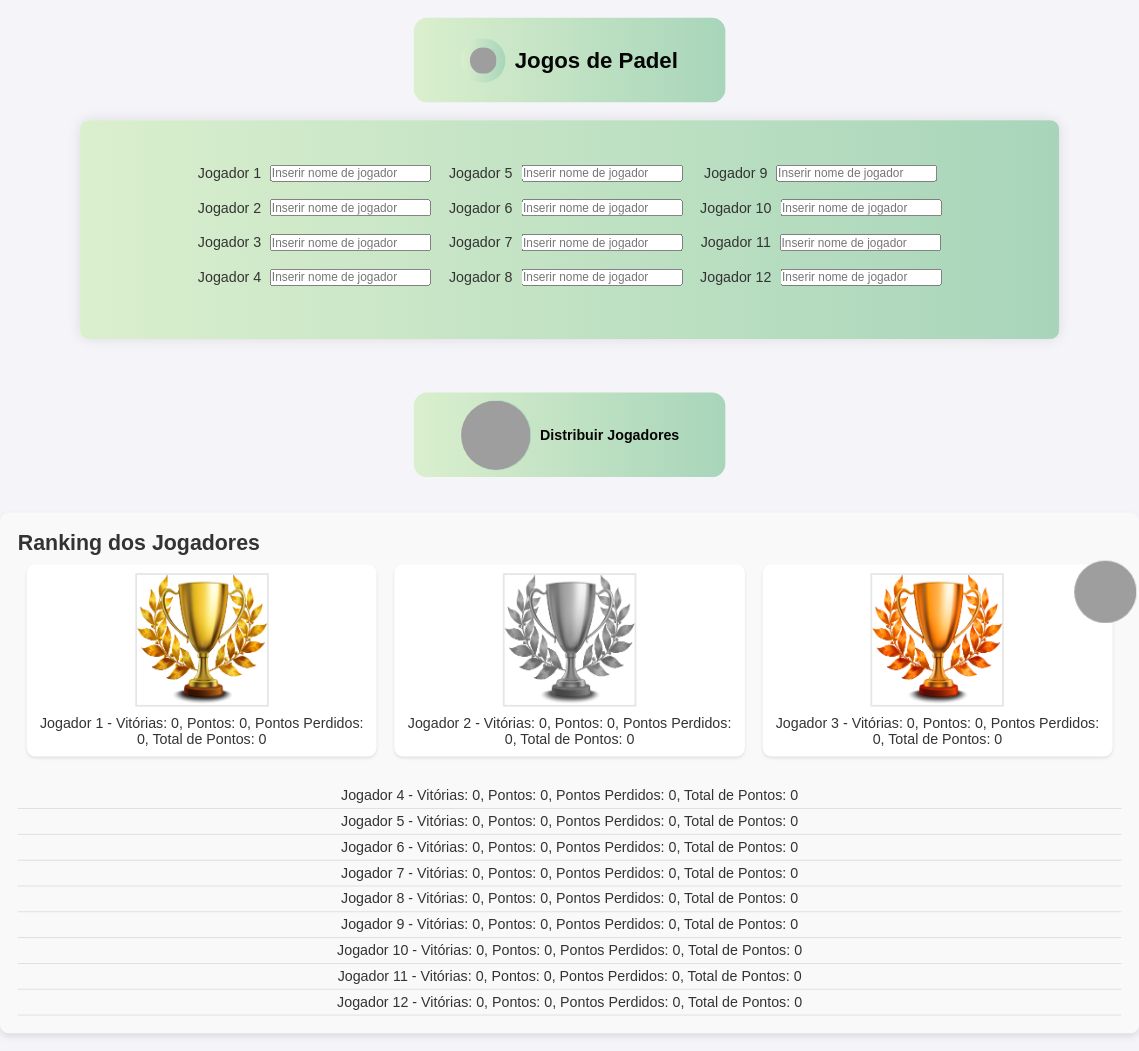
Repository: MarcioMiguel22/PadelMaster
Page: /calculadora
These files come from the project's save history. The page is drawn as it stood at one moment and after the next save; the edit follows.
The browser window is 1280 px wide. The pictures show the whole page, at 89% of full size.
Pictures or frames that could not be fetched are drawn as grey boxes. The project was rebuilt for these pictures with package versions that can differ from the ones it lists, and the page was loaded fresh each time. Also part of the build but not shown: vite.config.ts, src/pages/Home/Home.tsx, src/components/components_calculadora/TrocarJogadoresButton.module.css, src/components/components_calculadora/TrocarJogadoresButton.tsx, src/components/components_calculadora/Campo.tsx, src/components/components_calculadora/Jogo.tsx, src/components/components_calculadora/ExportButton.module.css, src/components/components_calculadora/ExportButton.tsx and 5 more.

Above is the page before, as saved 2024-06-21 23:46:34.

### src/main.tsx
///home/marciomiguel/code/MarcioMiguel22/Sites/PadelMaster/src/main.tsx
import { render } from 'react-dom';
import { StrictMode } from 'react';
import App from './App';
import './index.css';

const root = document.getElementById('root')!;
render(
  <StrictMode>
    <App />
  </StrictMode>,
  root
);

### src/App.tsx

///home/marciomiguel/code/MarcioMiguel22/Sites/PadelMaster/src/App.tsx

import { BrowserRouter, Routes, Route } from 'react-router-dom';
import Home from './pages/Home/Home';
import Calculadora from './pages/Calculadora/Calculadora';
import PlayerComponent from './pages/Player/playerComponent';
function App() {
  return (
    <BrowserRouter>
      <Routes>
        <Route path="/" element={<Home />} />
        <Route path="/calculadora" element={<Calculadora />} /> // Wrap Calculadora component with curly braces
        <Route path="/player-component" element={<PlayerComponent />} />
      </Routes>
    </BrowserRouter>
  );
}

export default App

### src/pages/Home/Home.module.css
/* Reset some basic elements to ensure cross-browser consistency */
* {
  margin: 0;
  padding: 0;
  box-sizing: border-box;
  font-family: 'Arial', sans-serif;
}

body {
  background-color: #f4f4f9;
  color: #333;
}

.padelContainer {
  display: flex;
  flex-direction: column;
  align-items: center;
  justify-content: center;
  text-align: center;
  height: 100vh;
  overflow: hidden;
  background-color: #fff;
  padding: 20px;
  border-radius: 10px;
  box-shadow: 0 4px 6px rgba(0, 0, 0, 0.1);
}

.centeredContent {
  max-width: 90%;
  width: 100%;
}

.titulo {
  font-size: 3rem;
  color: #2c3e50;
  margin-bottom: 20px;
  background: linear-gradient(to right, #daefcd, #a8d5ba);
  background-clip: text; /* Add the standard property */
  -webkit-background-clip: text;
  -webkit-text-fill-color: transparent;
}

.content {
  display: flex;
  flex-direction: column;
  align-items: center;
  background-color: #fff;
  padding: 20px;
  border-radius: 10px;
  box-shadow: 0 4px 6px rgba(0, 0, 0, 0.1);
}

.padelImage {
  max-width: 100%;
  height: auto;
  border-radius: 10px;
  margin-bottom: 20px;
}

/* Limiting the image size for larger screens */
@media (min-width: 768px) {
  .padelImage {
    max-width: 50%;
  }
}

.buttonContainer {
  display: flex;
  justify-content: center;
}

.enterButton {
  background-image: url('../../assets/images/tennis-ball.png');
  background-size: cover;
  width: 60px;
  height: 60px;
  border: none;
  border-radius: 50%;
  cursor: pointer;
  transition: transform 0.3s ease;
}

.enterButton:hover {
  transform: scale(1.2);
}

/* Adjusting layout for mobile devices */
@media (max-width: 768px) {
  .padelContainer {
    justify-content: flex-start;
    padding-top: 20px;
  }

  .centeredContent {
    margin-top: 80px;
  }

  .titulo {
    font-size: 2.5rem;
    margin-bottom: 15px;
  }

  .padelImage {
    max-width: 80%;
  }
}

### src/components/components_calculadora/JogadoresLista.tsx
import React, { useRef, useEffect, useState } from 'react';
import JogadorItem, { InputRef } from './JogadorItem';
import { Jogador } from '../../utils/types/types';

interface JogadoresListaProps {
  jogadores: Jogador[];
  handleNomeChange: (id: number, novoNome: string) => void;
}

const JogadoresLista: React.FC<JogadoresListaProps> = ({ jogadores, handleNomeChange }) => {
  const [localJogadores, setLocalJogadores] = useState<Jogador[]>([]);
  const inputRefs = useRef<(InputRef | null)[]>([]);

  useEffect(() => {
    const storedJogadores = localStorage.getItem('jogadores');
    if (storedJogadores) {
      setLocalJogadores(JSON.parse(storedJogadores));
    } else {
      setLocalJogadores(jogadores);
    }
  }, [jogadores]);

  const focusNextInput = (index: number) => {
    if (index < inputRefs.current.length - 1) {
      inputRefs.current[index + 1]?.focus();
    }
  };

  const handleNomeChangeWithStorage = (id: number, novoNome: string) => {
    handleNomeChange(id, novoNome);
    const updatedJogadores = localJogadores.map(jogador =>
      jogador.id === id ? { ...jogador, nome: novoNome } : jogador
    );
    setLocalJogadores(updatedJogadores);
    localStorage.setItem('jogadores', JSON.stringify(updatedJogadores));
  };

  return (
    <div className="jogadores-lista">
      {Array.from({ length: 3 }, (_, i) => (
        <div className="jogadores-coluna" key={i}>
          {localJogadores.slice(i * 4, (i + 1) * 4).map((jogador, jIndex) => (
            <JogadorItem
              key={jogador.id}
              jogador={jogador}
              handleNomeChange={handleNomeChangeWithStorage}
              focusNextInput={() => focusNextInput(i * 4 + jIndex)}
              ref={(el) => (inputRefs.current[i * 4 + jIndex] = el)}
            />
          ))}
        </div>
      ))}
    </div>
  );
};

export default JogadoresLista;

### src/components/components_calculadora/Ranking.tsx
import React from 'react';
import ouro from '../../assets/images/ouro.png';
import prata from '../../assets/images/prata.png';
import bronze from '../../assets/images/bronze.png';
import styles from './Ranking.module.css';

interface Jogador {
  id: number;
  nome: string;
  vitorias: number;
  pontos: number;
  pontosPerdidos: number;
  totalPontos: number; // Adicione esta linha
}

interface RankingProps {
  jogadoresClassificados: Jogador[];
}

const Ranking: React.FC<RankingProps> = ({ jogadoresClassificados }) => {
  const top3 = jogadoresClassificados.slice(0, 3);
  const outrosJogadores = jogadoresClassificados.slice(3);

  const medalhas = [ouro, prata, bronze];

  return (
    <div className={styles.rankingContainer}>
      <h2>Ranking dos Jogadores</h2>
      <div className={styles.top3Container}>
        {top3.map((jogador, index) => (
          <div key={jogador.id} className={styles.top3Item}>
            <img src={medalhas[index]} alt={`Medalha de ${index + 1}`} className={styles.medalha} />
            {jogador.nome} - Vitórias: {jogador.vitorias}, Pontos: {jogador.pontos}, Pontos Perdidos: {jogador.pontosPerdidos}, Total de Pontos: {jogador.totalPontos}
          </div>
        ))}
      </div>
      <ul className={styles.outrosJogadores}>
        {outrosJogadores.map((jogador) => (
          <li key={jogador.id}>
            {jogador.nome} - Vitórias: {jogador.vitorias}, Pontos: {jogador.pontos}, Pontos Perdidos: {jogador.pontosPerdidos}, Total de Pontos: {jogador.totalPontos}
          </li>
        ))}
      </ul>
    </div>
  );
};

export default Ranking;

### src/components/components_calculadora/ScrollToTopButton.tsx
import React, { useState } from 'react';
import tennisBall from '../../assets/images/tennis-ball.png';
import styles from './ScrollToTopButton.module.css';

interface ScrollToTopButtonProps {
  refs: (React.RefObject<HTMLDivElement> | HTMLDivElement | null)[];
}

const ScrollToTopButton: React.FC<ScrollToTopButtonProps> = ({ refs }) => {
  const [animation, setAnimation] = useState<string>('');

  const handleScroll = () => {
    if (window.scrollY > 0) {
      setAnimation(styles.bounce);
      setTimeout(() => {
        window.scrollTo({ top: 0, behavior: 'smooth' });
        setAnimation('');
      }, 500);
    } else {
      setAnimation(styles.disappear);
      setTimeout(() => {
        refs.forEach((ref) => {
          if (ref && 'current' in ref) {
            ref.current?.scrollIntoView({ behavior: 'smooth' });
          } else if (ref) {
            (ref as HTMLDivElement).scrollIntoView({ behavior: 'smooth' });
          }
        });
        setAnimation('');
      }, 500);
    }
  };

  return (
    <button onClick={handleScroll} className={styles.scrollToTop}>
      <img src={tennisBall} alt="Tennis Ball" className={`${styles.tennisBall} ${animation}`} />
    </button>
  );
};

export default ScrollToTopButton;

### src/components/components_calculadora/DistributeButton.tsx
import React, { useState } from 'react';
import tennisBall from '../../assets/images/tennis-ball.png';
import styles from './DistributeButton.module.css'; // Importando o arquivo CSS Module

const DistributeButton: React.FC<{ onClick: () => void }> = ({ onClick }) => {
  // Estado para rastrear se a bola está girando
  const [isRotating, setIsRotating] = useState(false);

  // Função chamada ao clicar no botão
  const handleClick = () => {
    // Definindo estado de rotação como verdadeiro para iniciar a animação
    setIsRotating(true);

    // Após o tempo da animação (1 segundo), definir rotação como falso e chamar onClick
    setTimeout(() => {
      setIsRotating(false);
      // Chama a função onClick somente após a animação completar
      onClick();
    }, 1000); // Tempo da animação em milissegundos
  };

  return (
    <div className={styles.container}>
      <button onClick={handleClick} className={styles.distributeButton}>
        <img
          src={tennisBall}
          alt="Tennis Ball"
          // Adiciona a classe 'rotate' condicionalmente baseado no estado isRotating
          className={`${styles.tennisBall} ${isRotating ? styles.rotate : ''}`}
        />
        <span className={styles.label}>Distribuir Jogadores</span>
      </button>
    </div>
  );
};

export default DistributeButton;

### src/utils/playerUtils.ts
// src/utils/playerUtils.ts

import { Jogador } from '../utils/types/types';

export const handleNomeChange = (jogadores: Jogador[], id: number, novoNome: string): Jogador[] => {
  return jogadores.map(jogador =>
    jogador.id === id ? { ...jogador, nome: novoNome } : jogador
  );
};

export const selecionarJogador = (jogadoresSelecionados: Jogador[], jogador: Jogador): Jogador[] => {
  if (jogadoresSelecionados.includes(jogador)) {
    return jogadoresSelecionados.filter(j => j.id !== jogador.id);
  } else {
    if (jogadoresSelecionados.length < 2) {
      return [...jogadoresSelecionados, jogador];
    } else {
      return jogadoresSelecionados;
    }
  }
};

### src/utils/resultUtils.ts
// src/utils/resultUtils.ts

import { Campo as CampoType } from '../utils/types/types';

export const todosResultadosInseridos = (jogos: CampoType[][]): boolean => {
  return jogos.length > 0 && jogos.every(jogo =>
    jogo.every(campo =>
      campo.times.every(time =>
        typeof time.resultado === 'number'
      )
    )
  );
};

### src/components/components_calculadora/Titulo.tsx
// src/components/Titulo.tsx
import React from 'react';
import styles from './Titulo.module.css';
import tennisBall from '../../assets/images/tennis-ball.png';

interface TituloProps {
  texto: string;
  className?: string;
}

const Titulo: React.FC<TituloProps> = ({ texto }) => {
  return (
    <div className={styles.container}>
      <img
        src={tennisBall}
        alt="Tennis Ball"
        className={styles.tennisBall}
      />
      <span className={styles.label}>{texto}</span>
    </div>
  );
};

export default Titulo;

### src/components/components_calculadora/JogadorItem.tsx

import React, { useState, useEffect, useRef, forwardRef, useImperativeHandle } from 'react';
import { Jogador } from '../../utils/types/types'; // Importando o tipo Jogador

interface JogadorItemProps {
  jogador: Jogador;
  handleNomeChange: (id: number, novoNome: string) => void;
  focusNextInput: () => void;
}

export interface InputRef {
  focus: () => void;
}

const JogadorItem = forwardRef<InputRef, JogadorItemProps>(({ jogador, handleNomeChange, focusNextInput }, ref) => {
  const [nome, setNome] = useState('');
  const inputRef = useRef<HTMLInputElement>(null);

  useImperativeHandle(ref, () => ({
    focus: () => {
      inputRef.current?.focus();
    }
  }));

  useEffect(() => {
    // Set the initial value for the input
    setNome(jogador.nome === `Jogador ${jogador.id}` ? '' : jogador.nome);
  }, [jogador.nome, jogador.id]);

  const handleBlur = () => {
    if (nome.trim() === '') {
      handleNomeChange(jogador.id, `Jogador ${jogador.id}`);
      setNome('');
    } else {
      handleNomeChange(jogador.id, nome);
    }
  };

  const handleKeyDown = (e: React.KeyboardEvent) => {
    if (e.key === 'Enter') {
      focusNextInput();
    }
  };

  return (
    <div className="jogador-item">
      <label>{`Jogador ${jogador.id}`}</label>
      <input
        ref={inputRef}
        type="text"
        value={nome}
        onChange={(e) => setNome(e.target.value)}
        onBlur={handleBlur}
        onKeyDown={handleKeyDown}
        placeholder="Inserir nome de jogador"
      />
    </div>
  );
});

JogadorItem.displayName = "JogadorItem";

export default JogadorItem;

### src/components/components_calculadora/Ranking.module.css
/*src/components/components_calculadora/Ranking.module.css*/

.rankingContainer {
  padding: 20px;
  background-color: #f9f9f9;
  border-radius: 10px;
  box-shadow: 0 4px 8px rgba(0, 0, 0, 0.1);
}

.top3Container {
  display: flex;
  justify-content: space-around;
  margin-bottom: 20px;
  flex-wrap: wrap; /* Ensure items wrap in smaller screens */
}

.top3Item {
  display: flex;
  flex-direction: column;
  align-items: center;
  padding: 10px;
  background-color: #ffffff;
  border-radius: 10px;
  box-shadow: 0 2px 4px rgba(0, 0, 0, 0.1);
  text-align: center;
  margin: 10px; /* Added margin to ensure spacing between items */
  flex-basis: calc(33.33% - 20px); /* Ensure items take equal width, minus margins */
  box-sizing: border-box; /* Ensure padding is included in the element's width */
}

.medalha {
  width: 150px;
  height: 150px;
  margin-bottom: 10px;
  transition: transform 0.3s ease-in-out;
  object-fit: initial;
  background-color: transparent; /* Certifique-se de que o fundo é transparente */
  border: 2px solid rgba(0, 0, 0, 0.1); /* Adicione uma borda leve para verificar a transparência */
}


.medalha:hover {
  transform: scale(8);
  animation: pulse 1s infinite;
}

@keyframes pulse {
  0% {
    transform: scale(1.2);
  }
  50% {
    transform: scale(1.25);
  }
  100% {
    transform: scale(1.2);
  }
}

.outrosJogadores {
  list-style-type: none;
  padding: 0;
}

.outrosJogadores li {
  padding: 5px 0;
  border-bottom: 1px solid #ddd;
  text-align: center;
}

/* Media Queries for Smaller Screens */
@media screen and (max-width: 767px) {
  .top3Item {
    flex-basis: 25%; /* Two items per row on smaller screens */
  }
}

@media screen and (max-width: 479px) {
  .top3Item {
    flex-basis: 25%; /* One item per row on the smallest screens */
  }
}

### src/components/components_calculadora/ScrollToTopButton.module.css
.scrollToTop {
  position: fixed;
  bottom: 20px;
  left: 97%;
  transform: translateX(-50%);
  width: 70px;
  height: 70px;
  border: none;
  background: none;
  cursor: pointer;
  display: flex;
  align-items: center;
  justify-content: center;
  transition: transform 0.3s ease-in-out;
}

.tennisBall {
  width: 100%;
  height: 100%;
  position: absolute;
  border-radius: 50%;
}

@keyframes bounce {
  0%, 100% {
    transform: translateY(0);
  }
  50% {
    transform: translateY(-50px);
  }
}

@keyframes disappear {
  0% {
    opacity: 1;
    transform: translateY(0);
  }
  100% {
    opacity: 0;
    transform: translateY(50px);
  }
}

.bounce {
  animation: bounce 0.5s ease-in-out;
}

.disappear {
  animation: disappear 0.5s forwards;
}

### src/components/components_calculadora/DistributeButton.module.css
/* src/components/components_calculadora/DistributeButton.module.css */
.container {
  width: 350px;
  height: 95px;
  background: linear-gradient(to right, #daefcd, #a8d5ba);
  padding: 1px;
  border-radius: 15px;
  display: flex;
  justify-content: center;
  align-items: center;
  margin-top: 20px;
}

.distributeButton {
  position: relative;
  width: auto;
  height: 70px;
  border: none;
  background: none;
  cursor: pointer;
  display: flex;
  align-items: center;
  justify-content: center;
  flex-direction: row;
}

.tennisBall {
  width: 80px;
  height: 80px;
  background: linear-gradient(to right, #daefcd, #a8d5ba);
  border-radius: 50%;
  padding: 1px;
  transition: transform 1s ease-in-out; /* Adiciona uma transição suave */
}

.tennisBall.rotate {
  transform: rotate(360deg); /* Roda a bola em 360 graus */
}

.label {
  font-size: 16px;
  color: rgb(5, 5, 5);
  font-weight: bold;
  margin-left: 10px;
}

### src/utils/utils.ts
// src/utils/utils.ts

export const embaralharArray = <T,>(array: T[]): T[] => {
  const copiaArray = [...array];
  for (let i = copiaArray.length - 1; i > 0; i--) {
    const j = Math.floor(Math.random() * (i + 1));
    [copiaArray[i], copiaArray[j]] = [copiaArray[j], copiaArray[i]];
  }
  return copiaArray;
};

import { Jogador, Time, Campo as CampoType } from '../utils/types/types';

export const criarTimes = (jogadores: Jogador[]): Time[] => {
  const jogadoresEmbaralhados = embaralharArray(jogadores);
  const times: Time[] = [];
  for (let i = 0; i < jogadoresEmbaralhados.length; i += 2) {
    times.push({ jogadores: jogadoresEmbaralhados.slice(i, i + 2), resultado: 0 });
  }
  return times;
};

export const criarCampos = (times: Time[]): CampoType[] => [
  { id: 1, times: times.slice(0, 2) },
  { id: 2, times: times.slice(2, 4) },
  { id: 3, times: times.slice(4, 6) },
];

export const atualizarRanking = (jogadores: Jogador[], jogos: CampoType[][]) => {
  const jogadoresAtualizados = [...jogadores].map(jogador => {
    let vitorias = 0;
    let pontos = 0;
    let pontosPerdidos = 0;
    jogos.forEach(jogo => {
      jogo.forEach(campo => {
        campo.times.forEach(time => {
          if (time.jogadores.some(j => j.id === jogador.id)) {
            pontos += time.resultado;
            const oponente = campo.times[1 - campo.times.indexOf(time)];
            pontosPerdidos += oponente.resultado;
            if (time.resultado > oponente.resultado) {
              vitorias += 1;
            }
          }
        });
      });
    });
    const totalPontos = pontos - pontosPerdidos;
    return { ...jogador, vitorias, pontos, pontosPerdidos, totalPontos };
  });

  return jogadoresAtualizados.sort((a, b) => {
    if (b.totalPontos === a.totalPontos) {
      if (b.vitorias === a.vitorias) {
        return b.pontos - a.pontos;
      }
      return b.vitorias - a.vitorias;
    }
    return b.totalPontos - a.totalPontos; // Maior totalPontos classifica mais alto
  });
};

### src/components/components_calculadora/Titulo.module.css

.container {
  width: 350px;
  height: 95px;
  background: linear-gradient(to right, #daefcd, #a8d5ba);
  padding: 1px;
  border-radius: 15px;
  display: flex;
  justify-content: center;
  align-items: center;
  margin-top: 20px;
}

.distributeButton {
  position: relative;
  width: auto;
  height: 70px;
  border: none;
  background: none;
  cursor: pointer;
  display: flex;
  align-items: center;
  justify-content: center;
  flex-direction: row;
}

.tennisBall {
  width: 50px;
  height: 50px;
  background: linear-gradient(to right, #daefcd, #a8d5ba);
  border-radius: 50%;
  padding: 10px;
  transition: transform 1s ease-in-out; /* Adiciona uma transição suave */
}

.label {
  font-size: 25px;
  color: rgb(5, 5, 5);
  font-weight: bold;
  margin-left: 10px;
}
.tituloContainer {
  display: flex;
  flex-direction: column;
  align-items: center;
  justify-content: center;
}
.titulo {
  font-size: 2rem;
  color: #2c3e50;
}

Loaded but not shown: index.html (common file); src/pages/Calculadora/Calculadora.tsx (184 lines, source omitted); src/utils/gameLogic.ts (164 lines, source omitted); src/pages/Calculadora/Calculadora.css (279 lines, source omitted)

After the next save:
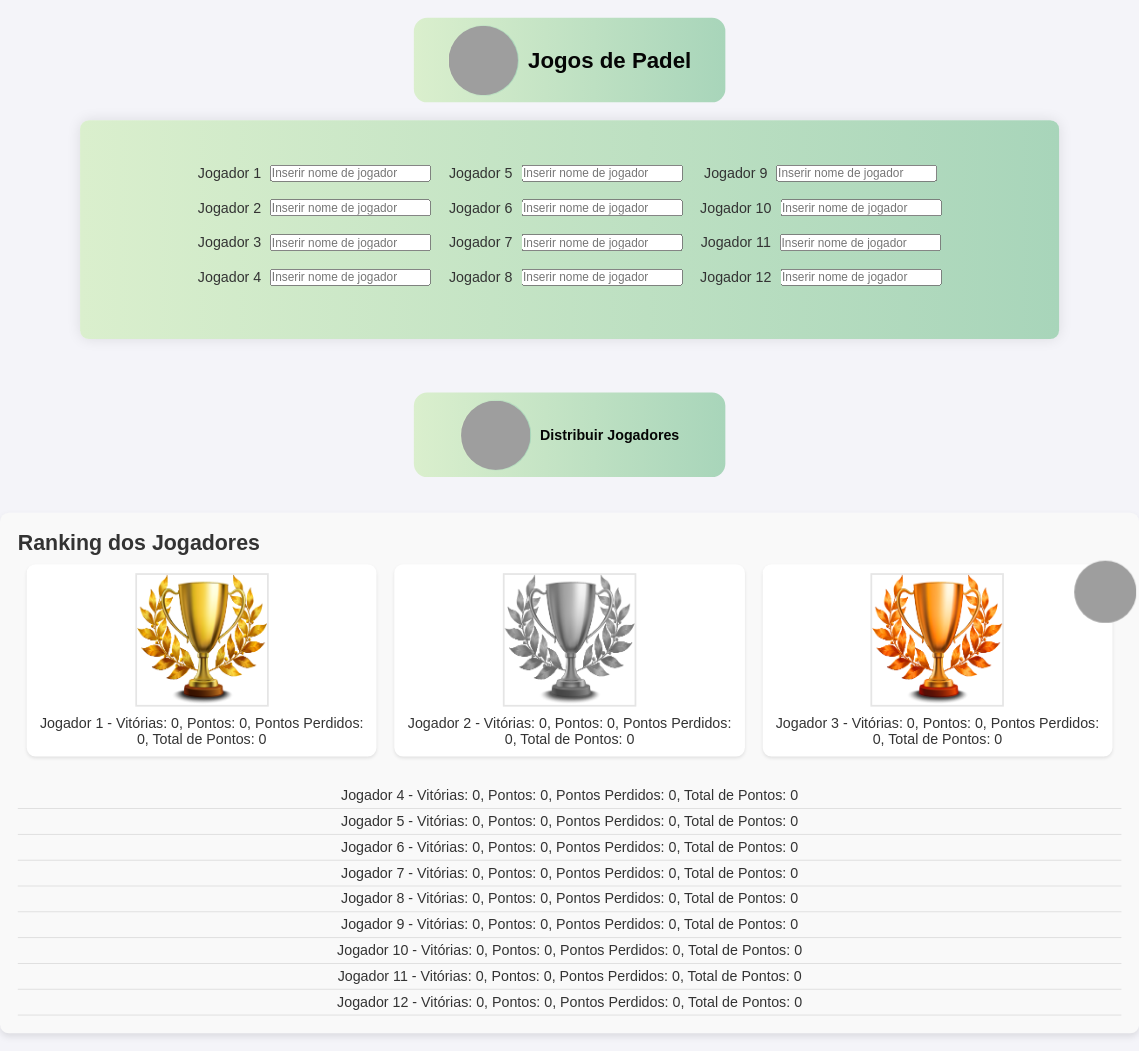
Saved 104 s later.
--- a/src/components/components_calculadora/Titulo.module.css
+++ b/src/components/components_calculadora/Titulo.module.css
@@ -1,4 +1,4 @@
-
+/* src/components/components_calculadora/DistributeButton.module.css */
 .container {
   width: 350px;
   height: 95px;
@@ -25,11 +25,11 @@
 }
 
 .tennisBall {
-  width: 50px;
-  height: 50px;
+  width: 80px;
+  height: 80px;
   background: linear-gradient(to right, #daefcd, #a8d5ba);
   border-radius: 50%;
-  padding: 10px;
+  padding: 1px;
   transition: transform 1s ease-in-out; /* Adiciona uma transição suave */
 }
 
@@ -39,13 +39,3 @@
   font-weight: bold;
   margin-left: 10px;
 }
-.tituloContainer {
-  display: flex;
-  flex-direction: column;
-  align-items: center;
-  justify-content: center;
-}
-.titulo {
-  font-size: 2rem;
-  color: #2c3e50;
-}
